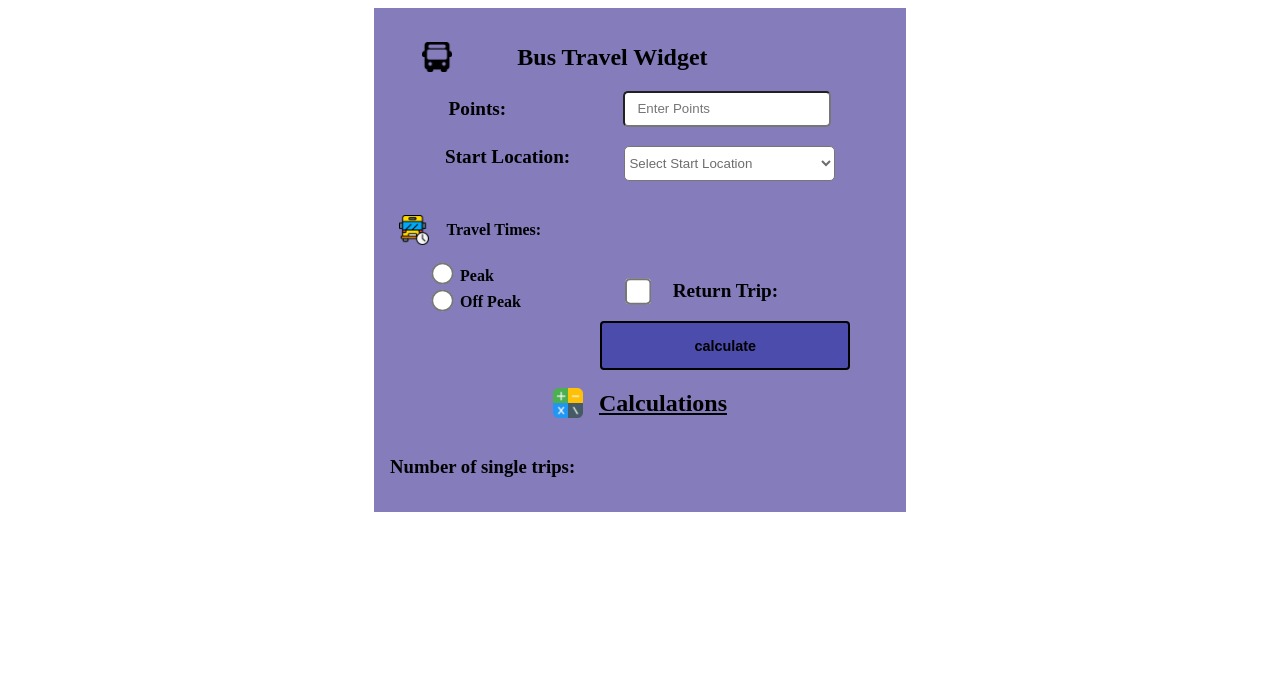
Repository: lasity34/bus_travel
Page: index.html
These files come from the project's save history. The page is drawn as it stood at one moment and after the next save; the edit follows.
The browser window is 1280 px wide. The pictures show the whole page.

Above is the page before, as saved 2023-05-31 12:16:12.

### index.html
<!DOCTYPE html>
<html lang="en">
  <head>
    <meta charset="UTF-8" />
    <meta http-equiv="X-UA-Compatible" content="IE=edge" />
    <meta name="viewport" content="width=device-width, initial-scale=1.0" />
    <link href="./style.css" rel="stylesheet" />
    <title>Bus travel</title>
  </head>
  <body>
    <div class="widget_container">
      <header>
        <img src="./images/bus.png" width="30" height="30" />
        <h2>Bus Travel Widget</h2>
      </header>
      <section>
        <div class="points_container">
          <label for="points">Points:</label>
          <input
            type="number"
            name="points"
            id="points"
            placeholder="Enter Points"
          />
        </div>
        <div class="start_location_container">
          <label for="dropdown">Start Location:</label>
          <select id="dropdown" name="dropdown">
            <option value="select_location">Select Start Location</option>
            <option value="atlantis">Atlantis</option>
            <option value="pinelands">Pinelands</option>
            <option value="milnerton">Milnerton</option>
          </select>
        </div>
      </section>
      <section class="calculate_container">
        <div class="calculate_title">
          <img src="./images/bus_time.png" width="30" height="30" />
          <h4>Travel Times:</h4>
        </div>
        <div class="input_container">
          <div class="calculate_input">
            <input type="radio" id="peak" name="time" value="peak" />
            <label for="peak">Peak</label><br />
            <input type="radio" id="off-peak" name="time" value="off-peak" />
            <label for="off-peak">Off Peak</label><br />
          </div>
          <div class="check_calculate">
            <div class="check_box">
              <input type="checkbox" name="return" />
              <h4>Return Trip:</h4>
            </div>
            <button class="calculate_btn">calculate</button>
          </div>
        </div>
      </section>
      <section class="display_container">
        <div class="display_title">
          <img src="./images/calculator.png" width="30" height="30" />
          <h2>Calculations</h2>
        </div>
        <div>
          <div class="calculation_display">
            <h3>Number of single trips:</h3>
            <span></span>
          </div>
        </div>
      </section>

      <script src="./bus_travel_factory.js"></script>
      <script src="./bus_travel.js"></script>
    </div>
  </body>
</html>

### style.css


.widget_container {
   margin: 0 auto;
   display: flex;
   flex-direction: column;
   justify-content: center;
    background-color: rgb(132, 124, 187);
    width: 70%;
    max-width: 500px;
    font-weight: bold;
    padding: 1em;
}

header {
    display: flex;
    align-items: center;
    justify-content: space-around;
    width: 70%;
}

.points_container  {
    display: flex;
    width: 100%;
    justify-content: space-around;
    align-items: center;
}

.points_container label {
    font-size: 1.2rem;
}

.points_container input {
    border-radius: 5px;
    height: 30px;
    text-indent: 10px;
    width: 40%;
}

input[type='number']::-webkit-inner-spin-button,
input[type='number']::-webkit-outer-spin-button {
    -webkit-appearance: none;
    margin: 0;
}

input[type='number'] {
    -moz-appearance: textfield;
}

.start_location_container {
    padding: 1em 0;
    display: flex;
    margin: 0 auto;
    justify-content: space-between;
    width: 78%;
    font-size: 1.2rem;
    max-width: 500px;
}

select {
    background-color: white;
    width: 54%;
    height: 35px;
    border-radius: 5px;
    color: rgb(111, 108, 108);
}

option {
    font-weight: lighter;

}

button {
    background-color: #4c4cad; /* Dark Blue */
    border: 2px solid black;
    color: black;
    text-align: center;
    display: inline-block;
    font-size: 0.9rem;
    font-weight: 700;
    transition-duration: 0.4s;
    cursor: pointer;
    padding: 1em;
    border-radius: 4px;
    width: 100%;
    margin: 0 auto;
  }

  button:hover {
    background-color: #0000FF; /* Blue */
    color: white;
  }

  .calculate_title {
    display: flex;
    width: 32%;
    justify-content: space-around;
    align-content: center;
  }

  .calculate_title img {
    align-self: center;
  }

  input[type="radio"], input[type="checkbox"] {
    transform: scale(1.7); /* Adjust the scale factor as needed */
    margin: 0.5em;
}

input[type="checkbox"] {
    border: 1px solid black;
}

.input_container {
    display: flex;
    justify-content: space-around;
}

.check_calculate {
    width: 50%;
}

.check_box {
    display: flex;
    justify-content: center;
    width: 80%;
    transform: scale(1.2)
}

.check_box h4 {
    margin-left: 1em;
}


.display_title {
    display: flex;
    justify-content: center;
}

.display_title img {
    align-self: center;
    margin-right: 1em;
}

.display_title h2 {
    text-decoration: underline;
}

### bus_travel_factory.js
// create input for points
// create function for bus location
// create function for peak times
//  need to calculate how many single trips
// need to calculate cost for single trip
//  need to calculate return trip
// need calculate how many return trips

function bus_travel_factory() {

    let points = 0
    let location = "";
    let peak = false
    let number_of_trips = 0

    function points_input(input) {
        points = input
    }

    function peak_times(input) {
        if (input === 'peak') {
           peak = true
        } else if (input === 'off-peak') {
            peak = false
        }
       }


    function bus_location(input) {
        let reduction
        if (input === "milnerton") {
            location = "milnerton"
            reduction = 20
        } else if (input === "atlantis") {
            location = 'atlantis'
            reduction = 30
        } else if (input === 'pinelands') {
            location = 'pinelands'
            reduction = 15
        } else if (input === 'select_location') {
            location = 'select_location'
        }

        if (peak) {
            reduction = reduction * 1.25
        }
        console.log(reduction)
        number_of_trips = Math.floor(points / reduction)

    }





    function points_value() {
        return points
    }

    function location_return() {
        return location
    }

    function number_trips() {
        return number_of_trips
    }


    return {
        points_input,
        points_value,
        bus_location,
        location_return,
        peak_times,
        number_trips
    }
}

### bus_travel.js

const points_value = document.querySelector("#points").value
const calculate_btn = document.querySelector(".calculate_btn")
const location_select = document.querySelector("#dropdown")

const bus_instance = bus_travel_factory()

function bus_travel() {

    bus_instance.points_input(points_value)
}

function bus_location() {
    const selected_value = this.value
    bus_instance.bus_location(selected_value)
}

location_select.addEventListener("change", bus_location)


calculate_btn.addEventListener("click", bus_travel)

After the next save:
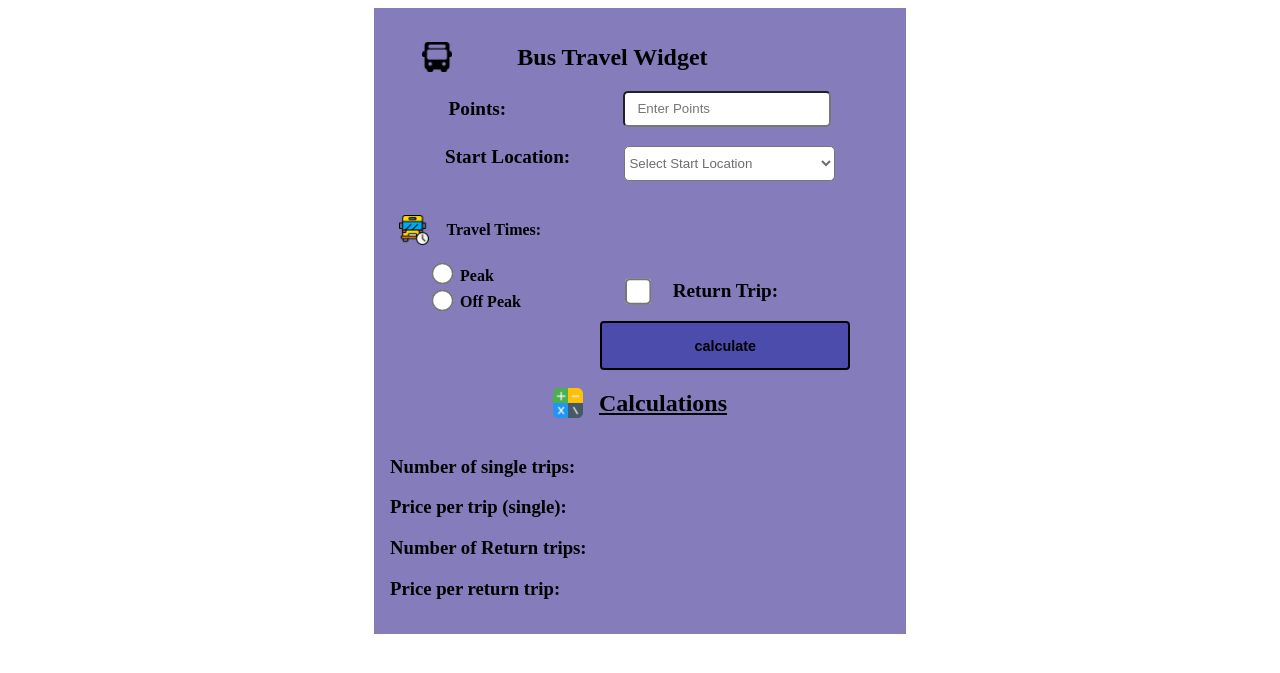
Saved 85 s later.
--- a/index.html
+++ b/index.html
@@ -64,6 +64,18 @@
             <h3>Number of single trips:</h3>
             <span></span>
           </div>
+          <div class="calculation_display">
+            <h3>Price per trip (single):</h3>
+            <span></span>
+          </div>
+          <div class="calculation_display">
+            <h3>Number of Return trips:</h3>
+            <span></span>
+          </div>
+          <div class="calculation_display">
+            <h3>Price per return trip:</h3>
+            <span></span>
+          </div>
         </div>
       </section>
 
